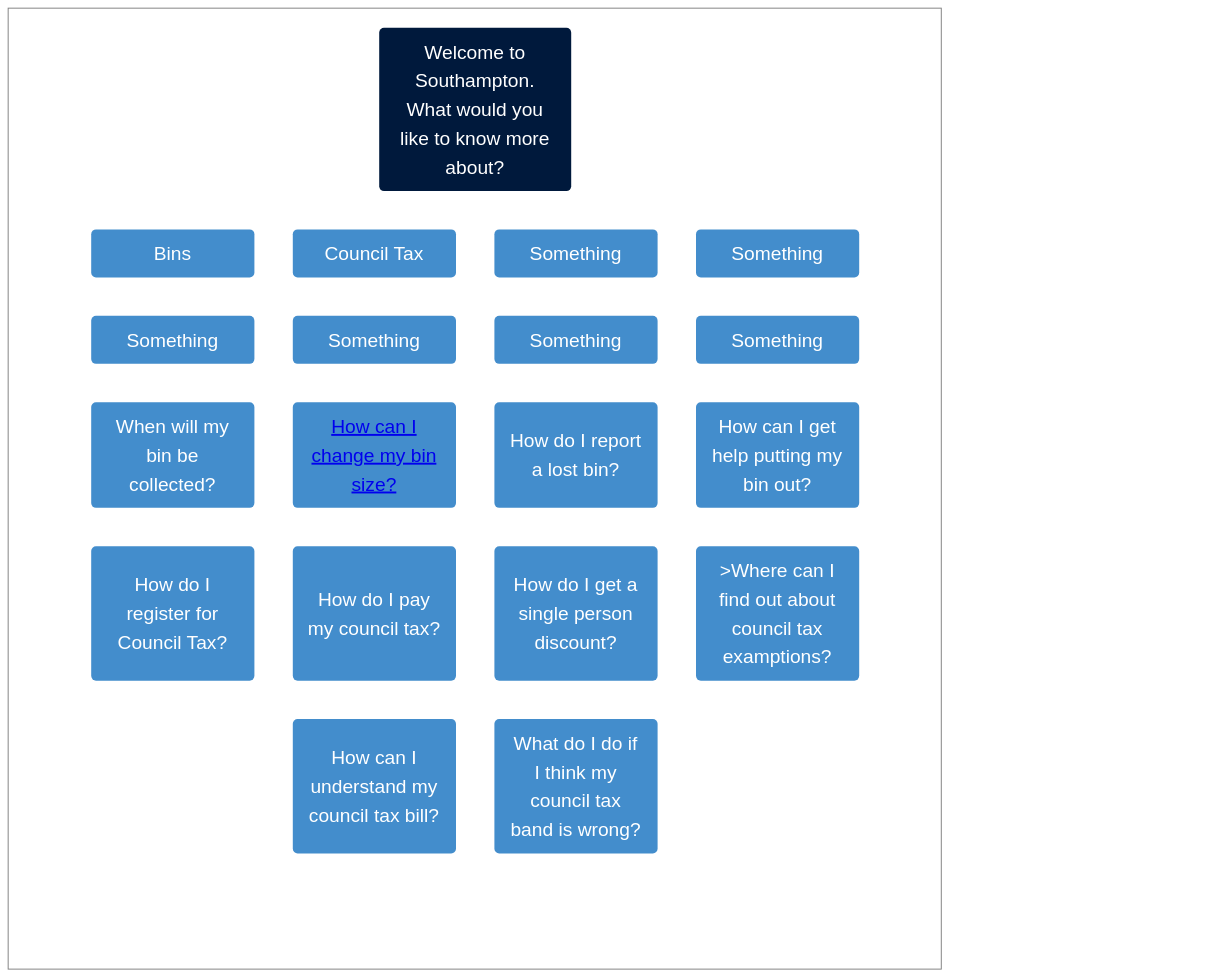
Repository: Domehead123/test
Page: index.html
The author's editor kept a record of every edit. The page is drawn from the files as they stood at one moment, then again after the next edit.
The browser window is 1280 px wide. The pictures show the whole page, at 96% of full size.

Above is the page before.

After the next edit:
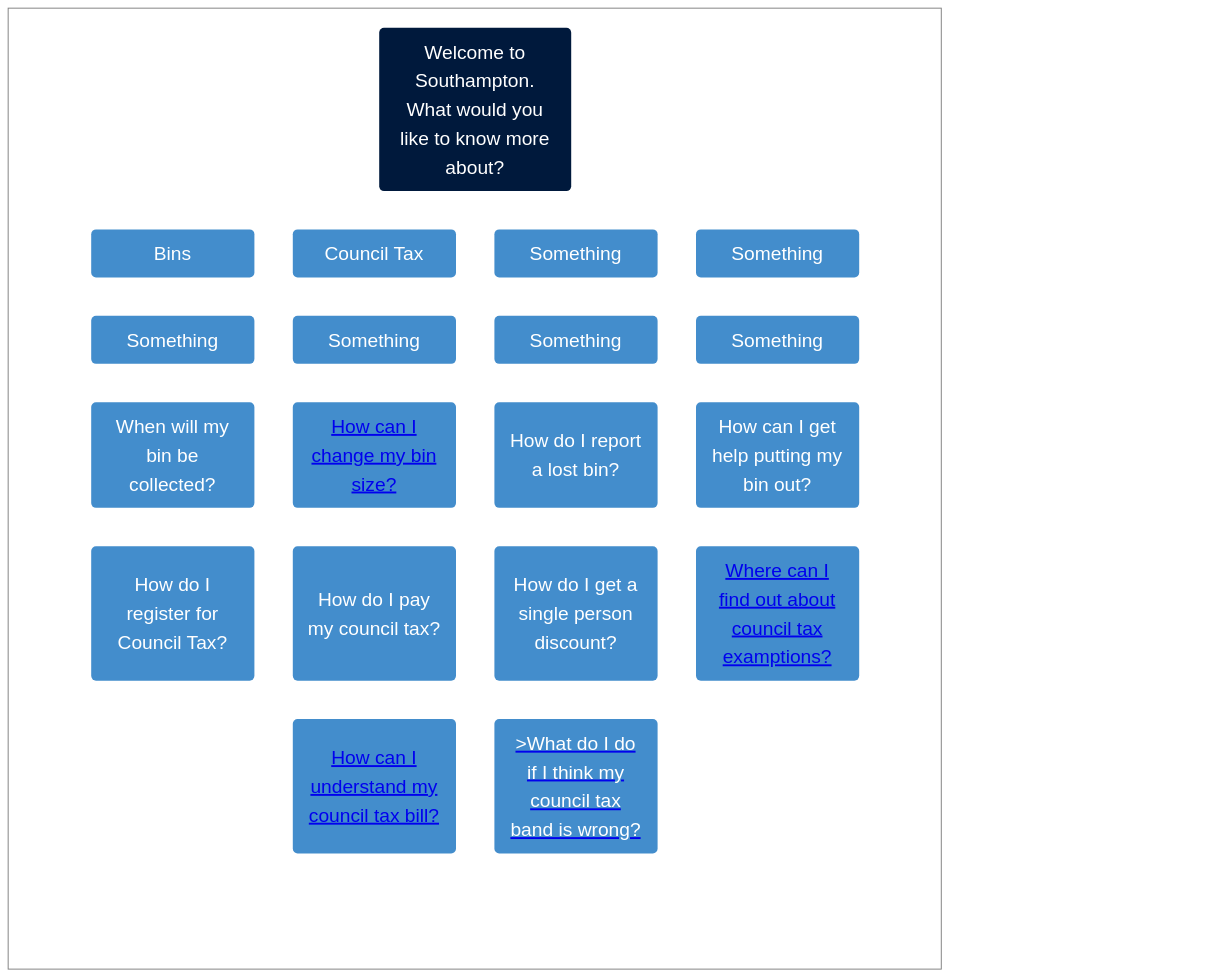
The edit:
--- a/index.html
+++ b/index.html
@@ -32,12 +32,12 @@
     </div>
 
     <div class="option-container" id="container2">
-    <div class="bottom-box"><span>How do I register for Council Tax?</span></div>
-    <div class="bottom-box"><span>How do I pay my council tax?</span></div>
-    <div class="bottom-box"><span>How do I get a single person discount?</span></div>
-    <div class="bottom-box"><span>>Where can I find out about council tax examptions?</span></div>
-    <div class="bottom-box"><span>How can I understand my council tax bill?</span></div>
-    <div class="bottom-box"><span>What do I do if I think my council tax band is wrong?</span></div>
+    <div class="bottom-box"><span><a href="https://www.southampton.gov.uk/council-tax/your-council-tax/change-address.aspx">How do I register for Council Tax?</a></span></div>
+    <div class="bottom-box"><span><a href="https://www.southampton.gov.uk/council-tax/your-council-tax/">How do I pay my council tax?</a></span></div>
+    <div class="bottom-box"><span><a href="https://www.southampton.gov.uk/council-tax/your-council-tax/">How do I get a single person discount?</span></div>
+    <div class="bottom-box"><span><a href="https://www.southampton.gov.uk/council-tax/your-council-tax/">Where can I find out about council tax examptions?</span></div>
+    <div class="bottom-box"><span><a href="https://www.southampton.gov.uk/council-tax/your-council-tax/">How can I understand my council tax bill?</span></div>
+    <div class="bottom-box"><span<a href="https://www.southampton.gov.uk/council-tax/your-council-tax/">>What do I do if I think my council tax band is wrong?</span></div>
     </div>
 
     <div id="restart">Back</div>
